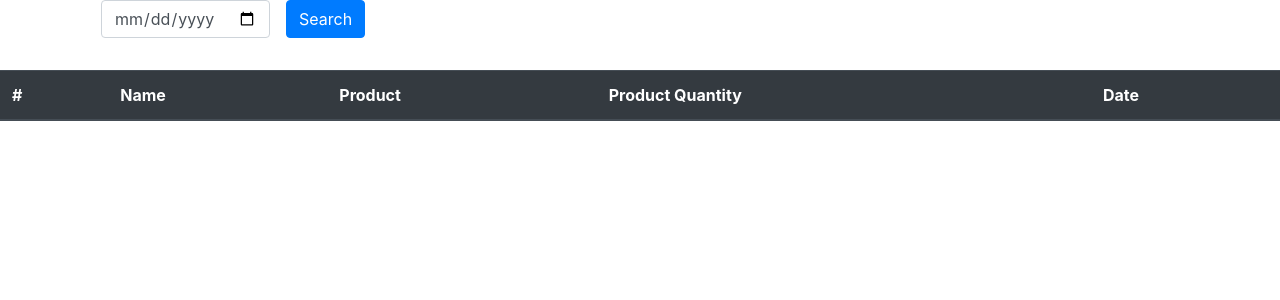
Repository: audiverth77/Prueba-software
Page: http://localhost/order
An editor plug-in stored every save of this project. The page is shown before and after the next save, followed by the edit.
The browser window is 1280 px wide. The pictures show the whole page.
The page is served by the project's Laravel application, run on PHP 8.4 with Laravel 8. Queries for data that is not in the repository find no rows.

Above is the page before, as saved 2021-04-29 11:57:44.

After the next save:
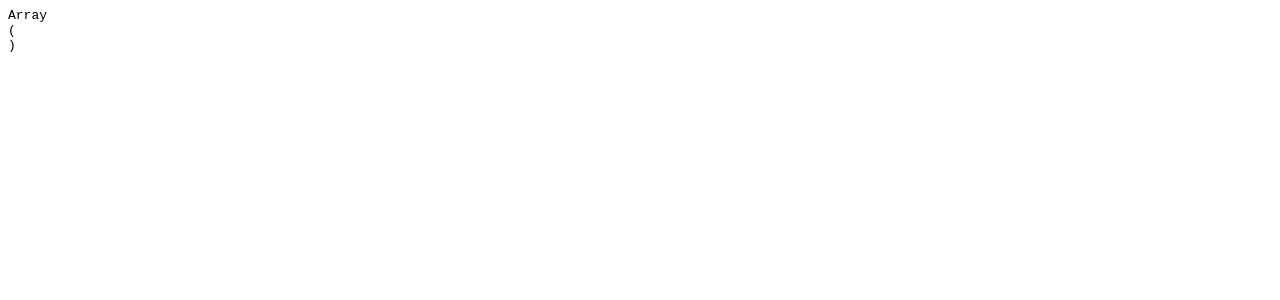
Saved 16 s later.
--- a/app/Http/Controllers/OrderController.php
+++ b/app/Http/Controllers/OrderController.php
@@ -16,10 +16,10 @@
     {
         $order = DB::select('select * from orders');
         $size_array = sizeof($order);
-        // echo'<pre>';
-        // print_r($order);
-        // echo'</pre>';
-        // die();
+        echo'<pre>';
+        print_r($order);
+        echo'</pre>';
+        die();
         return view("welcome", compact('order', 'size_array'));
     }
 

After the 2 saves that followed:
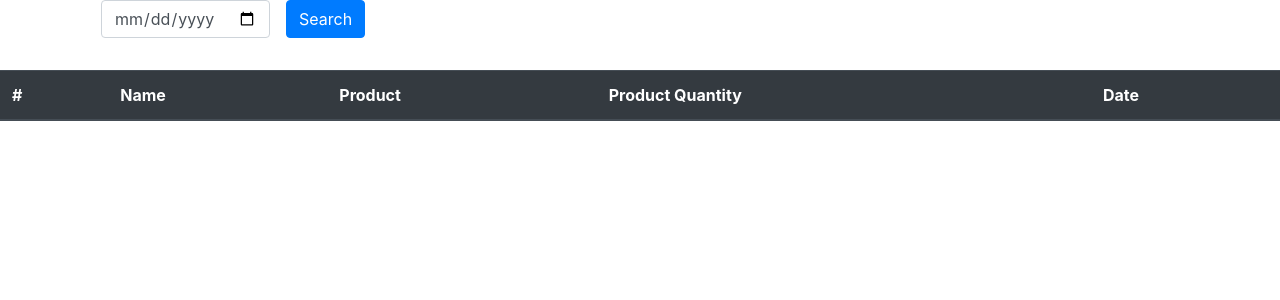
The 2 saves are shown as one change because 1 left the picture as it was.
The last was saved 67 s later.
--- a/app/Http/Controllers/OrderController.php
+++ b/app/Http/Controllers/OrderController.php
@@ -16,10 +16,10 @@
     {
         $order = DB::select('select * from orders');
         $size_array = sizeof($order);
-        echo'<pre>';
-        print_r($order);
-        echo'</pre>';
-        die();
+        // echo'<pre>';
+        // print_r($order);
+        // echo'</pre>';
+        // die();
         return view("welcome", compact('order', 'size_array'));
     }
 
--- a/resources/views/welcome.blade.php
+++ b/resources/views/welcome.blade.php
@@ -423,7 +423,7 @@
         <tbody>
             @for ($i = 1; $i < $size_array; $i++)
                 <tr>
-                    <th scope="row">{{ $order[$i]['id'] }}</th>
+                    <th scope="row">{{ $order[$i]->id }}</th>
                     <td>{{ $order[$i]['name'] }}</td>
                     <td>{{ $order[$i]['id_products'] }}</td>
                     <td>{{ $order[$i]['product_quantity'] }}</td>
